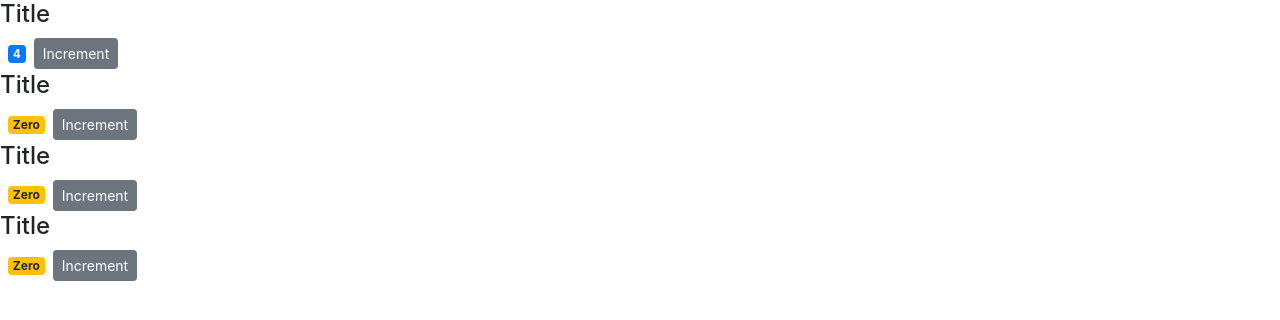
Repository: smk87/First-React-App
Page: /
An editor plug-in stored every save of this project. The page is shown before and after the next save, followed by the edit.
The browser window is 1280 px wide. The pictures show the whole page.
The project was rebuilt for these pictures with package versions that can differ from the ones it lists, and the page was loaded fresh each time. Also part of the build but not shown: src/App.css, src/App.js.

Above is the page before, as saved 2019-01-05 14:03:14.

After the next save:
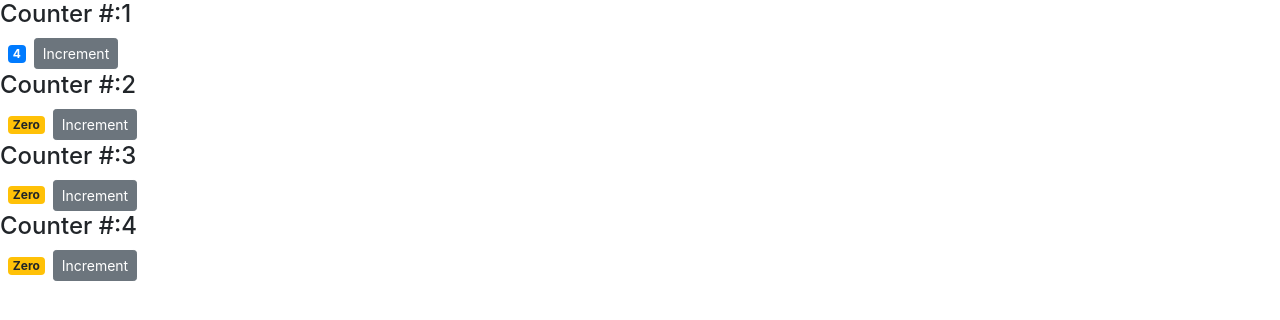
Saved 31 s later.
--- a/src/components/counters.jsx
+++ b/src/components/counters.jsx
@@ -15,7 +15,7 @@ class Counters extends Component {
       <div>
         {this.state.counters.map(counter => (
           <Counter key={counter.id} value={counter.value}>
-            <h4>Title</h4>
+            <h4>Counter #:{counter.id}</h4>
           </Counter>
         ))}
       </div>
